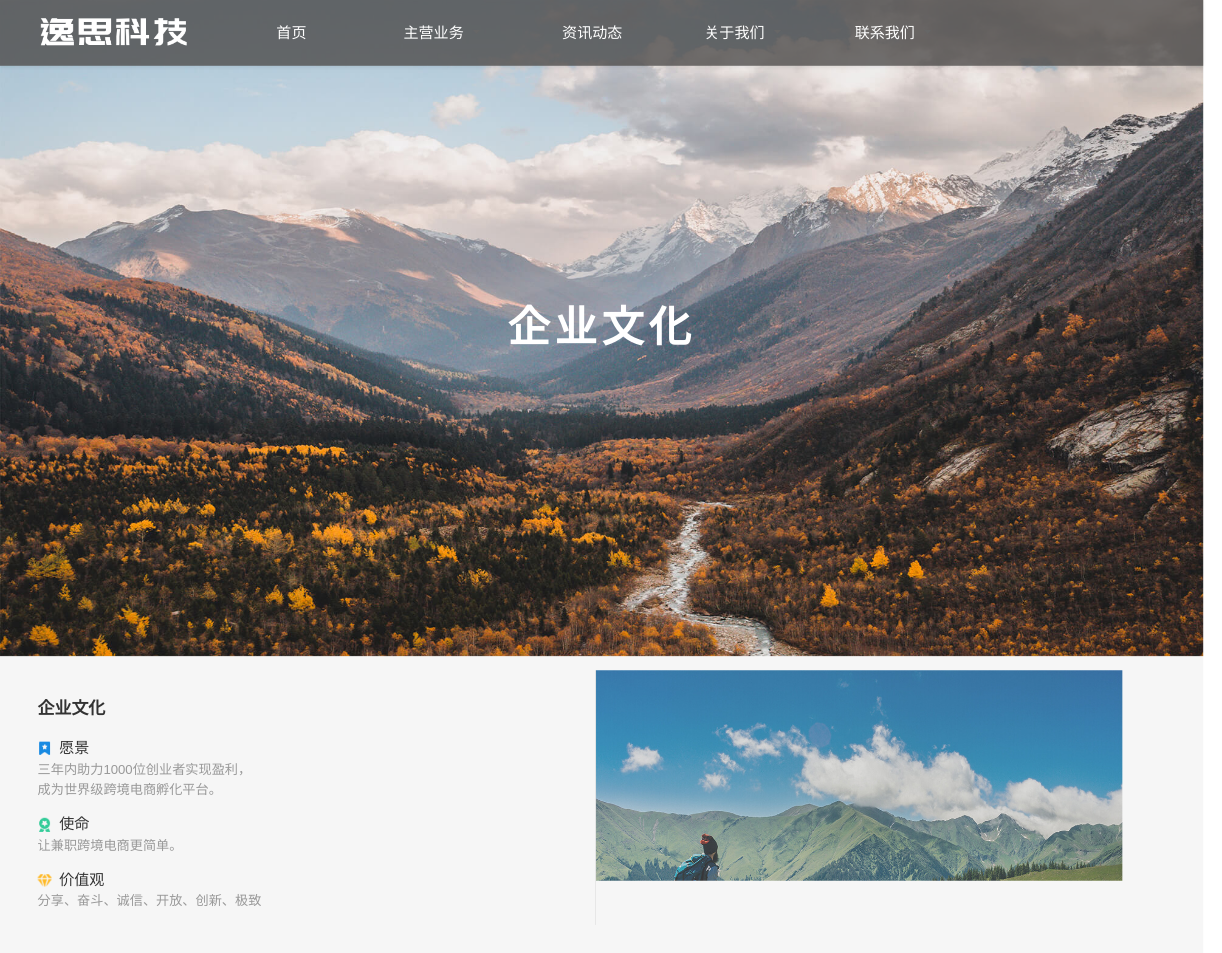
Repository: masterzhang/ztn
Page: brief3.html
These files come from the project's save history. The page is drawn as it stood at one moment and after the next save; the edit follows.
The browser window is 1280 px wide. The page is 1300 px wide, so the pictures cover 1300 px, including what lies to the right of the window. The pictures show the part of the page from y = 0 to 1014 px (the page is 1888 px tall before and 2017 px after), at 94% of full size.
Pictures or frames that could not be fetched are drawn as grey boxes.

Above is the page before, as saved 2021-11-25 15:47:02.
Console error: TypeError: Cannot read properties of undefined (reading 'top')

After the next save:
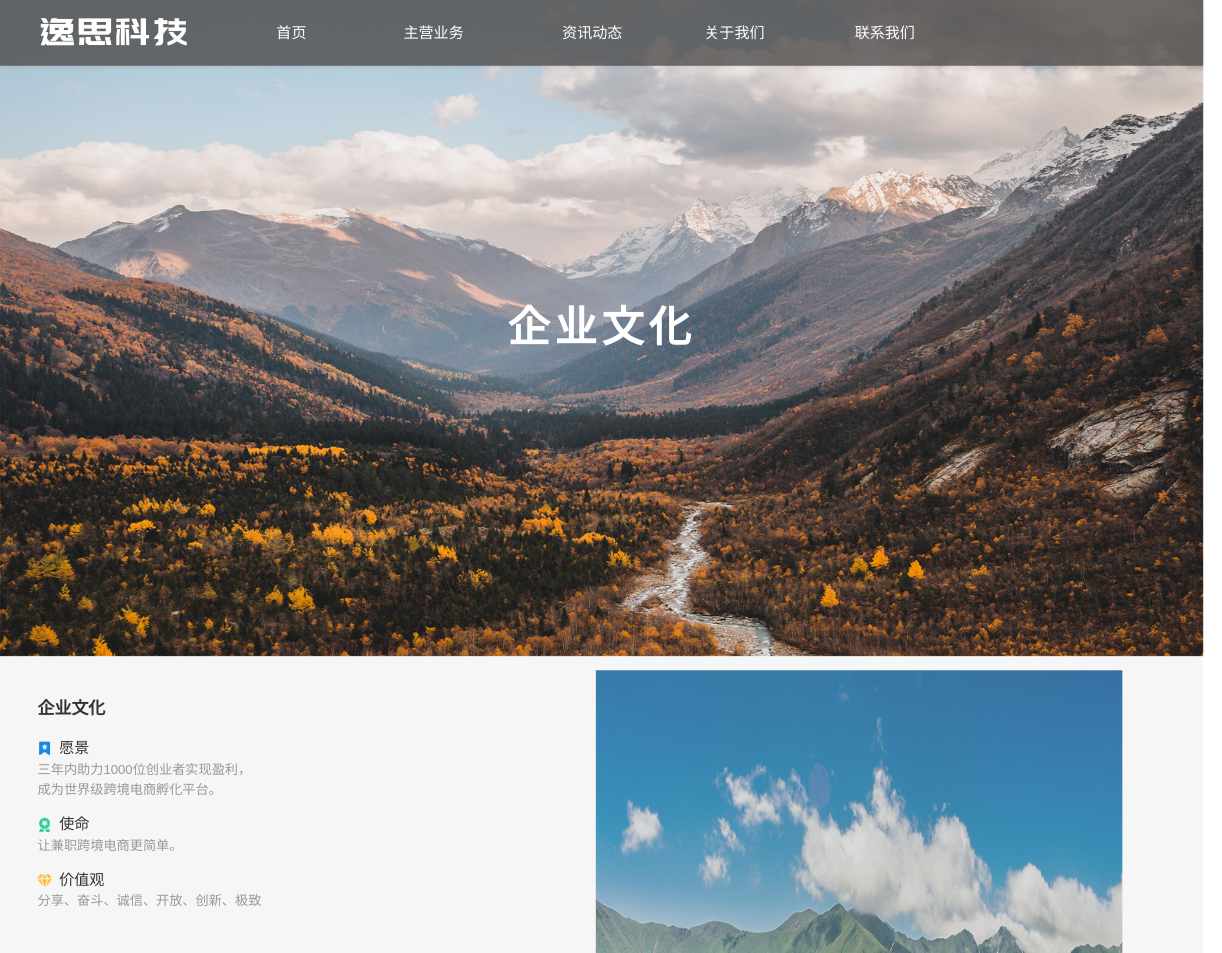
Saved 7 s later.
--- a/brief3.html
+++ b/brief3.html
@@ -81,7 +81,7 @@
         </div>
         <div class="pagemian_swiper_right" style="display: block;">
           <div class="runbobox">
-            <img src="/self/images2/企业文化逸思奋斗者.jpg"  width="560" height=""/>
+            <img src="/self/images2/企业文化逸思奋斗者.jpg" width="560" height="400" />
           </div>
         </div>
       </div>
